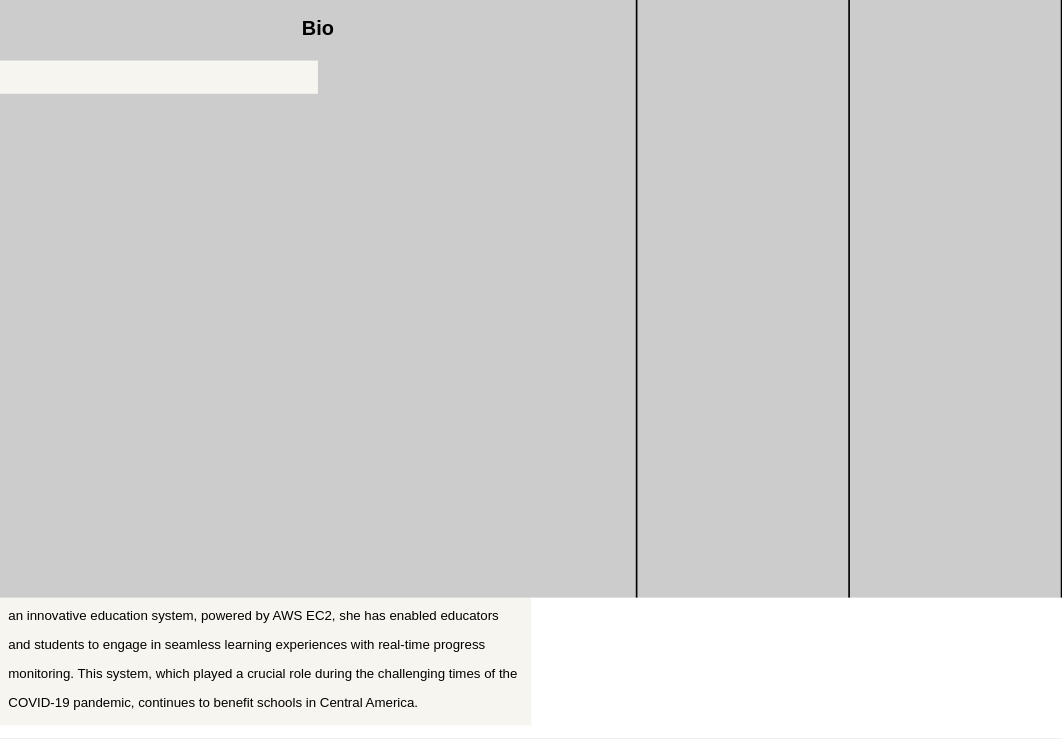
Repository: tessa5/developerPortfolio
Page: public/bio.html
These files come from the project's save history. The page is drawn as it stood at one moment and after the next save; the edit follows.
The browser window is 1280 px wide. The pictures show the whole page, at 83% of full size.

Above is the page before, as saved 2023-08-08 14:36:53.

After the next save:
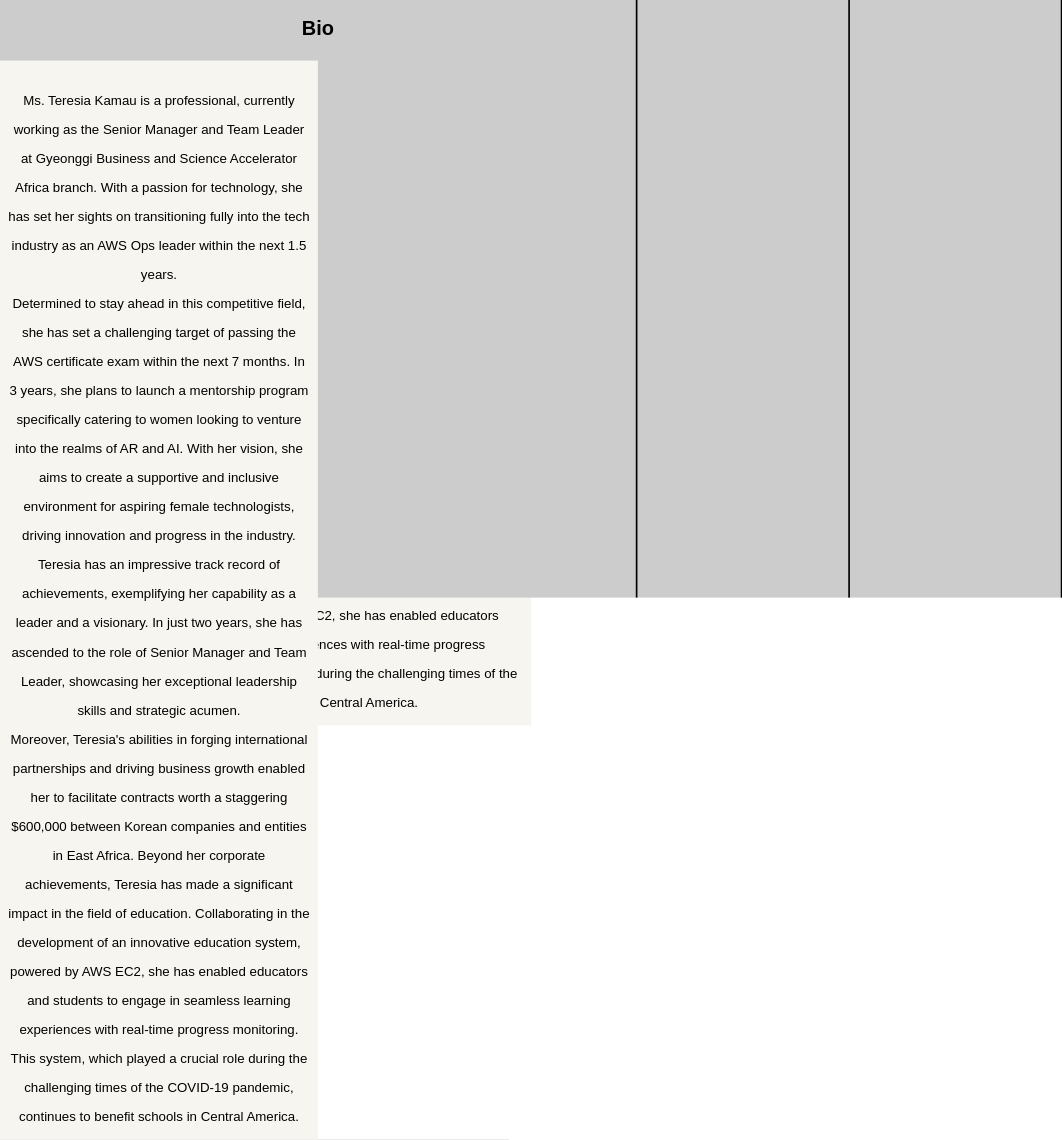
Saved 15 s later.
--- a/public/bio.html
+++ b/public/bio.html
@@ -13,6 +13,10 @@
                 <div class="bio">
                     <h2>Bio</h2>
                     <p>
+                        Ms. Teresia Kamau is a professional, currently working as the Senior Manager and Team Leader at Gyeonggi Business and Science Accelerator Africa branch. With a passion for technology, she has set her sights on transitioning fully into the tech industry as an AWS Ops leader within the next 1.5 years. <br/>Determined to stay ahead in this competitive field, she has set a challenging target of passing the AWS certificate exam within the next 7 months.
+In 3 years, she plans to launch a mentorship program specifically catering to women looking to venture into the realms of AR and AI. With her vision, she aims to create a supportive and inclusive environment for aspiring female technologists, driving innovation and progress in the industry.
+<br/>Teresia has an impressive track record of achievements, exemplifying her capability as a leader and a visionary. In just two years, she has ascended to the role of Senior Manager and Team Leader, showcasing her exceptional leadership skills and strategic acumen. <br/>Moreover, Teresia's abilities in forging international partnerships and driving business growth enabled her to facilitate contracts worth a staggering $600,000 between Korean companies and entities in East Africa.
+Beyond her corporate achievements, Teresia has made a significant impact in the field of education. Collaborating in the development of an innovative education system, powered by AWS EC2, she has enabled educators and students to engage in seamless learning experiences with real-time progress monitoring. This system, which played a crucial role during the challenging times of the COVID-19 pandemic, continues to benefit schools in Central America.
 
                     </p>
                 </div>
